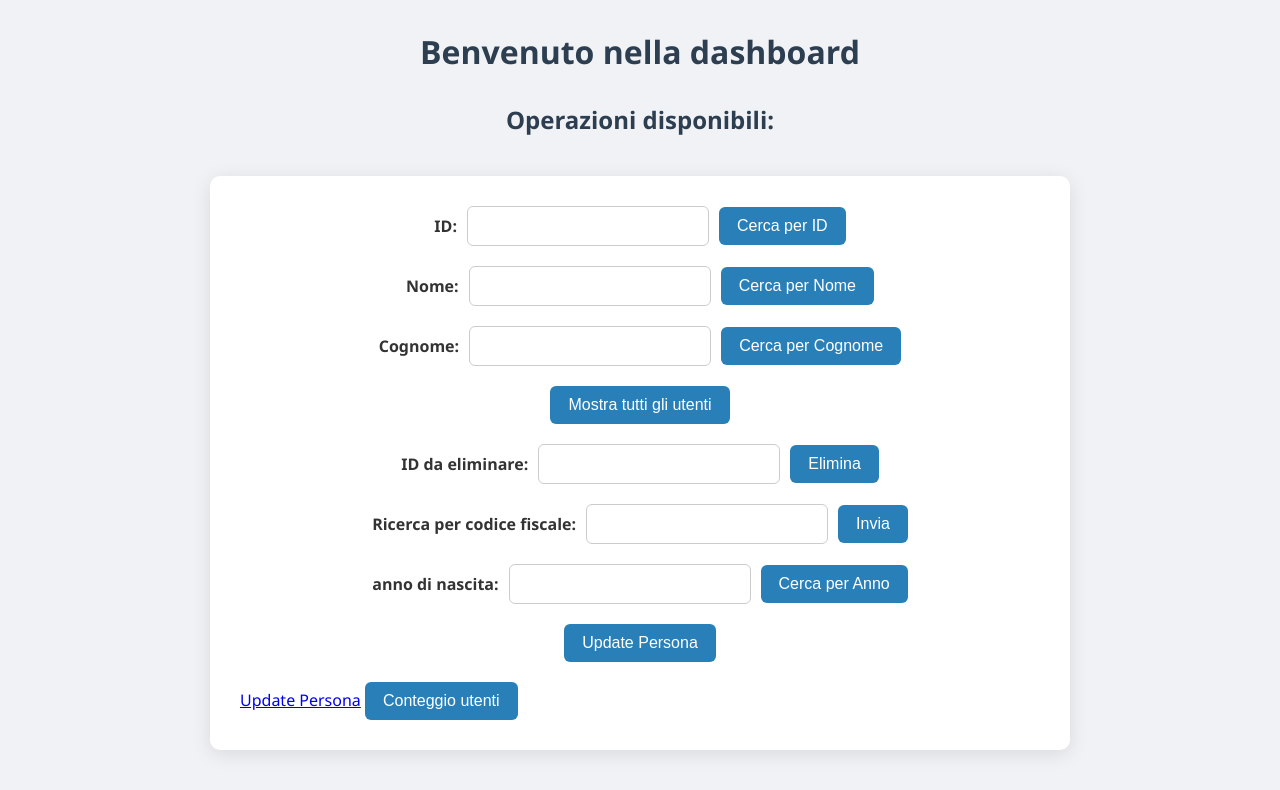
Repository: PcarloP/java_se
Page: http://localhost/anagraficaweb/dashboard.jsp
An editor plug-in stored every save of this project. The page is shown before and after the next save, followed by the edit.
The browser window is 1280 px wide. The pictures show the whole page.
The page is served by Tomcat 10.

Above is the page before, as saved 2025-06-22 18:55:32.

After the next save:
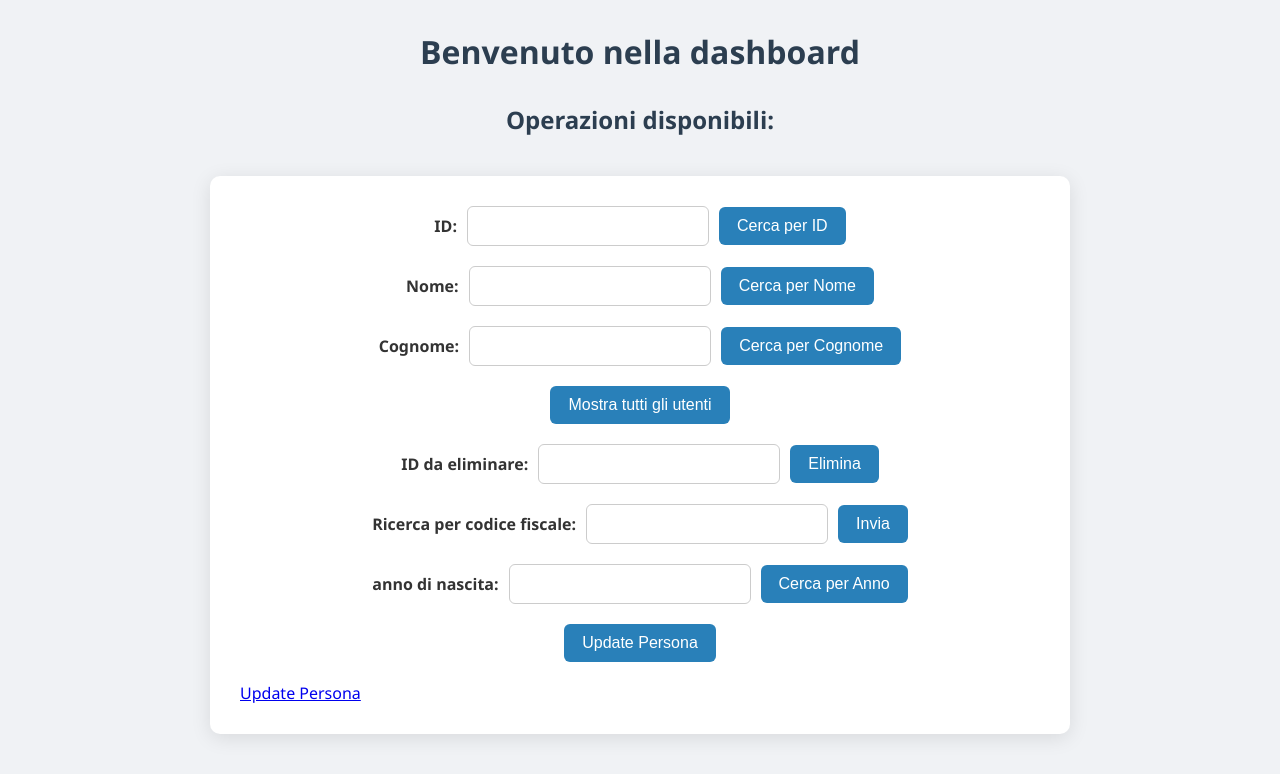
Saved 2 min 34 s later.
--- a/anagraficaweb/WebContent/dashboard.jsp
+++ b/anagraficaweb/WebContent/dashboard.jsp
@@ -76,9 +76,7 @@
 
 
 
-<a href="<%=request.getContextPath()%>/updatesetter.jsp" class="button">Update Persona</a>
-			<button type="submit">Conteggio utenti</button>
-
+<a href="<%=request.getContextPath()%>/updatesetter.jsp" class="button-link">Update Persona</a>
 
 	</div>
 </body>
